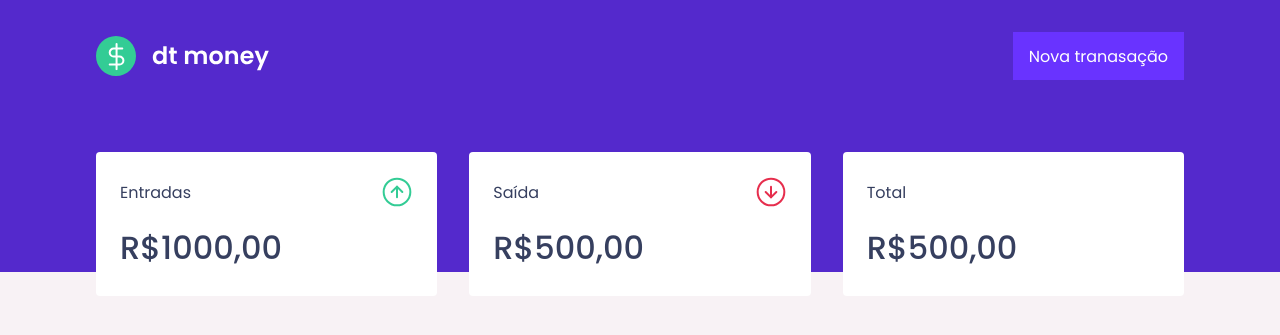
Repository: soualexandre/dtmoney
Page: /
The author's editor kept a copy of each file at every save. The page is drawn from the files as they stood at one save, then again after the next save.
The browser window is 1280 px wide. The pictures show the whole page.
The project was rebuilt for these pictures with package versions that can differ from the ones it lists, and the page was loaded fresh each time.

Above is the page before, as saved 2021-07-13 11:04:34.

### public/index.html
<!DOCTYPE html>
<html lang="en">
  <head>
    <link rel="preconnect" href="https://fonts.googleapis.com">
    <link rel="preconnect" href="https://fonts.gstatic.com" crossorigin>
    <meta charset="utf-8" />
    <meta name="viewport" content="width=device-width, initial-scale=1" />
    <link href="https://fonts.googleapis.com/css2?family=Poppins:wght@400;500;600&display=swap" rel="stylesheet">
    <link rel="stylesheet" href="favicon.png" type="image/png">
    <title>DtMoney</title>
  </head>
  <body>
    <noscript>You need to enable JavaScript to run this app.</noscript>
    <div id="root"></div>
  </body>
</html>

### src/App.tsx
import { Dashboard } from './components/Dashboard';
import { Header } from './components/Header';
import {GlobalStyle} from './styles/global'

export function App() {
  return (
    <>
      <Header/>
      <Dashboard/>
      <GlobalStyle/>
    </>
  );
}

### src/components/Dashboard/index.tsx
import { Sumary } from "../Sumary";
import { Container } from "./styles";


export function Dashboard(){
    return(
       <Container>
          <Sumary/>
       </Container>
    );
}

### src/components/Header/index.tsx
import LogoImg from '../../assets/logo.svg'
import {Container, Content} from './styles'

export function Header(){
    return(
        <Container>
            <Content>
            <img src={LogoImg} alt="dtMoney" />
            <button type="button">
                Nova tranasação
            </button>
            </Content>
        </Container>
    );
}

### src/styles/global.ts
import { createGlobalStyle } from 'styled-components'


export const GlobalStyle = createGlobalStyle`

    :root{
        --background: #f8f2f5;

        --red: #e52e40;
        --blue: #5429cc;
        --green: #33cc95;
        --blue-light: #6933ff;

        --text-title: #363f5f;
        --text-body: #969cb3;

        --shape: #ffffff;

    }

    *{
        margin: 0;
        padding: 0;
        box-sizing: border-box;
    }
    html{
        @media (max-width: 1080px){
            font-size: 93.5%;
        }

    }

    body{
        background: var(--background);
        -webkit-font-smoothing: antialiased;
    }

    body, input, textarea, button{
        font-family: 'Poppins', sans-serif;
        font-weight: 400;
    }

    h1, h2, h3, h4, h5, h6, strong{
        font-weight: 600;
    }

    button{
        cursor: pointer;
    }
    [disable]{
        opacity: 0.6;
        cursor: not-allowed;
    }

`;

### src/components/Sumary/index.tsx
import {Container} from './styles'
import iconImg from '../../assets/income.svg'
import outcomeImg from '../../assets/outcome.svg'
import totalImg from '../../assets/total.svg'
export function Sumary(){
    return(
        <Container>
            <div>
                <header>
                    <p>Entradas</p>
                    <img src={iconImg} alt=" icon" />
                </header>
                <strong>R$1000,00</strong>
            </div>
            <div>
                <header>
                    <p>Saída</p>
                    <img src={outcomeImg} alt="out icon" />
                </header>
                <strong>R$500,00</strong>
            </div>
            <div >
                <header className="highlightBackground">
                    <p>Total</p>
                    <img src={totalImg} alt="Total icon" />
                </header>
                <strong>R$500,00</strong>
            </div>
        </Container>
    );
}

### src/components/Dashboard/styles.ts
import styled from 'styled-components'

export const Container = styled.header`
    max-width: 1120PX;
    margin:0 auto;
    padding: 2.5rem 1rem;



`;

### src/components/Header/styles.ts
import styled from 'styled-components'

export const Container = styled.header`
    background: var(--blue);

`;
export const Content = styled.header`
    background: var(--blue);
    max-width: 1120px;
    margin: 0 auto;
    padding: 2rem 1rem 12rem;

    display: flex;
    align-items: center;
    justify-content: space-between;
    button{
        font-size: 1rem;
        color: #fff;
        background: var(--blue-light);
        border: 0;
        padding:0.2rem;
        padding-left: 1rem;
        padding-right: 1rem;
        height: 3rem;

        transition: filter 0.2s;
        &:hover{
            filter: brightness(0.9);
        }

    }
`;

### src/components/Sumary/styles.ts
import styled from 'styled-components'


export const Container = styled.div`
    display: grid;
    grid-template-columns: repeat(3,1fr);
    gap: 2rem;
    margin-top: -10rem;

div{
    background: var(--shape);
    padding: 1.5rem;
    border-radius: 0.25rem;
    color: var(--text-title);

    &.highlightBackground{
        background: #33cc95;
        color: #fff;
    }
    header{
        display: flex;
        align-items: center;
        justify-content: space-between;
    }

    strong{
        display: block;
        margin-top: 1rem;
        font-size: 2rem;
        line-height: 3rem;
        font-weight: 500;
    }

}
`;

Loaded but not shown: src/index.tsx (common file)

After the next save:
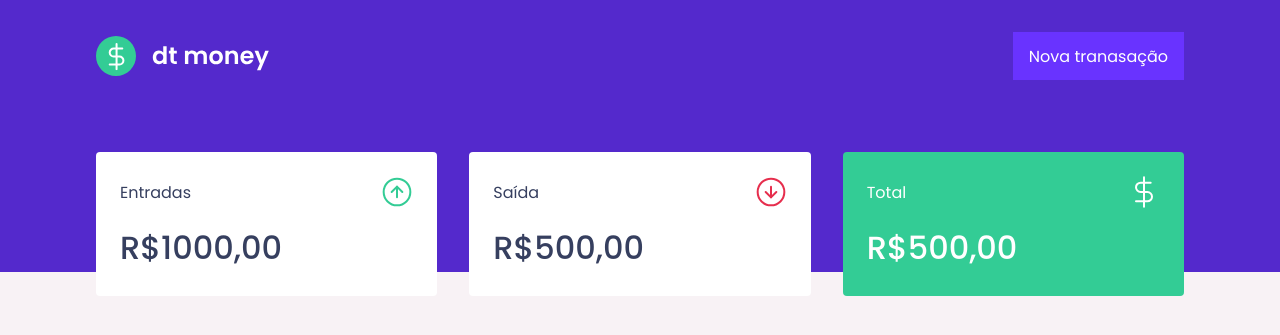
Saved 10 s later.
--- a/src/components/Sumary/index.tsx
+++ b/src/components/Sumary/index.tsx
@@ -19,8 +19,8 @@
                 </header>
                 <strong>R$500,00</strong>
             </div>
-            <div >
-                <header className="highlightBackground">
+            <div className="highlightBackground">
+                <header>
                     <p>Total</p>
                     <img src={totalImg} alt="Total icon" />
                 </header>
